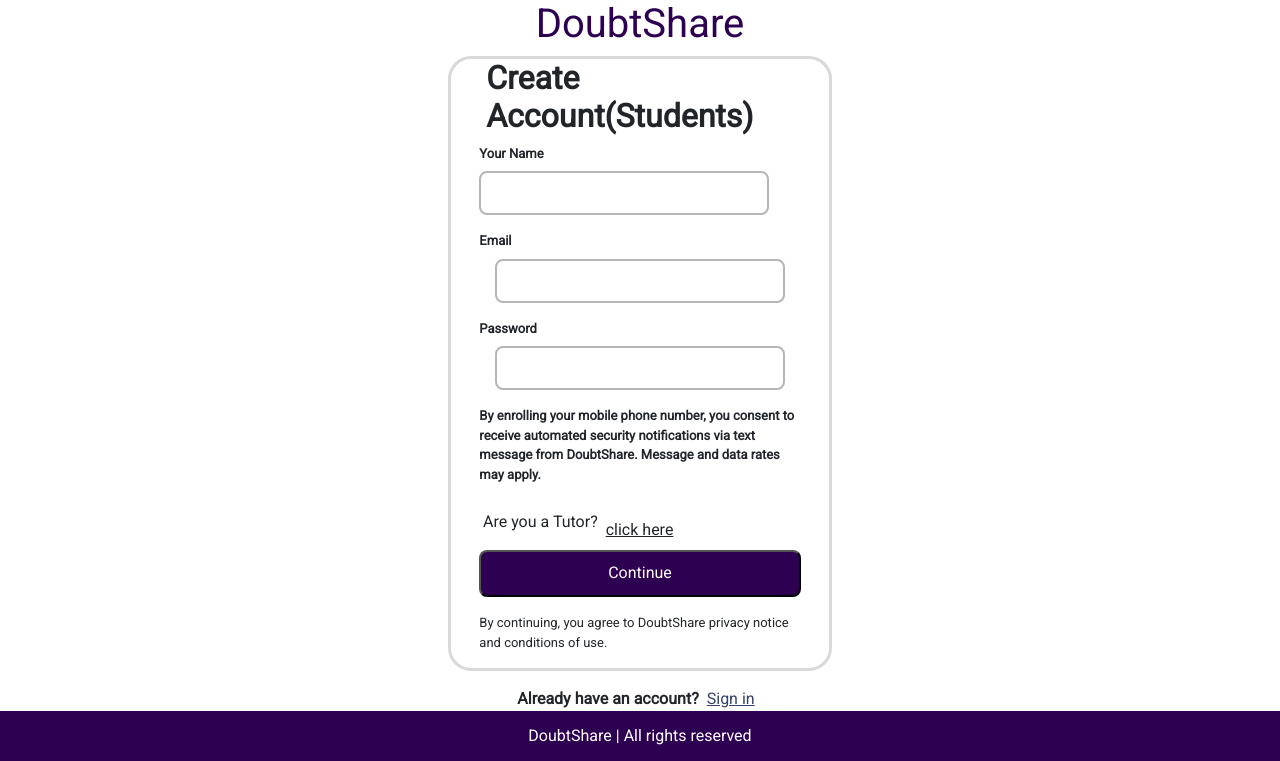
Repository: drumsmanku/doubtshare
Page: /register/student (app in frontend/)
These files come from the project's save history. The page is drawn as it stood at one moment and after the next save; the edit follows.
The browser window is 1280 px wide. The pictures show the whole page.
The project was rebuilt for these pictures with package versions that can differ from the ones it lists, and the page was loaded fresh each time. Also part of the build but not shown: frontend/src/App.css, frontend/src/Components/Dashboard/Sidebar.js, frontend/src/Components/Dashboard/Profile.js, frontend/src/Components/CreateDoubtForm/CreateDoubtForm.js, frontend/src/Components/Dashboard/Dashboard.js, frontend/src/Components/Login/Login.js, frontend/src/Components/LoginTutor/LoginTutor.js, frontend/src/Components/RegisterTutor/RegisterTutor.js and 1 more.

Above is the page before, as saved 2023-12-30 20:53:44.

### frontend/src/App.js
import './App.css';
import { BrowserRouter as Router, Route, Routes} from 'react-router-dom';
import 'bootstrap/dist/css/bootstrap.min.css';
import Register from './Components/Register/Register';
import Dashboard from './Components/Dashboard/Dashboard';
import Login from './Components/Login/Login';
import LoginTutor from './Components/LoginTutor/LoginTutor';
import RegisterTutor from './Components/RegisterTutor/RegisterTutor';
import DashboardTutor from './Components/DashboardTutor/DashboardTutor';

function App() {
  return (
    <div className="App">
      <Router>
        <Routes>
          <Route path='/' element={<Dashboard/>}/>
          <Route path='/tutor' element={<DashboardTutor/>}/>
          <Route path='/register/student' element={<Register/>}/>
          <Route path='/login/student' element={<Login/>}/>
          <Route path='/login/tutor' element={<LoginTutor/>}/>
          <Route path='/register/tutor' element={<RegisterTutor/>}/>
        </Routes>
      </Router>
    </div>
  );
}

export default App;

### frontend/src/Components/Register/Register.js
import React, {useState, useEffect} from 'react';
import { useNavigate } from 'react-router-dom';
import axios from 'axios';
import styles from './Register.module.css';



const DivStyles={
  display: 'flex',
  flexDirection: 'column',
  marginBottom: '1rem',
  alignItems: 'flex-start',
  width: '85%',
}
const InputStyles={
  width: '90%',
  padding:'0.5rem 0.5rem 0.5rem 0.5rem',
  borderRadius: '8px',
  border:'2px solid #B6B6B6',
  marginTop: '0.5rem',
}
function Register() {
  const navigate=useNavigate();
  const [error, setError]=useState('')
  const [user, setUser] = useState({
    name: '',
    email: '',
    password: ''
  });
  const handleChange = e => {
    setUser({
      ...user,
      [e.target.name]: e.target.value
    });
  };
  const signup = (event) => {
    event.preventDefault();
    axios.post('http://localhost:4000/register/student', user)
      .then(res => {
        localStorage.setItem('token', res.data.token);
        localStorage.setItem('user', res.data.name);
        const tokenData=localStorage.getItem('token')
        if(tokenData!=='undefined') {
          navigate('/')
        }
        else{
          setError(res.data.message)
        }

      })
      .catch(err => console.log(err));
  };
  return (
    <div className={styles.container}>
      <div className={styles.heading}>

        <h1 style={{fontWeight:'500'}}>DoubtShare</h1>
      </div>
      <h1 className={styles.welcomeText} >Welcome</h1>
      <form className={styles.form}>

        <div className={styles.inputContainer}>
          <h2 style={{alignSelf:'start', paddingLeft:'2.2rem', fontWeight:600}}>Create Account(Students)</h2>
          <div style={DivStyles}>
            <label htmlFor="name" style={{fontWeight:600, fontSize:'small' }}>Your Name</label>
            <input type="text" name="name" value={user.name} onChange={handleChange} style={InputStyles}/>
          </div>


          <div style={DivStyles}>
            <label htmlFor="email" style={{fontWeight:600, fontSize:'small'}}>Email</label>
            <input type="email" name="email" value={user.email} onChange={handleChange} style={InputStyles}/>
          </div>


          <div style={DivStyles}>
            <label htmlFor="password" style={{fontWeight:600, fontSize:'small'}}>Password</label>
            <input type="password" name="password" value={user.password} onChange={handleChange} style={InputStyles} />
          </div>
        </div>
        <div style={{width:'100%', display:'flex', justifyContent:'center'}}>
          <p style={{width:'85%', textAlign:'left', fontWeight:600,fontSize:'small', marginTop:0}}>By enrolling your mobile phone number, you consent to receive automated security notifications via text message from DoubtShare. Message and data rates may apply.
          </p>
        </div>

        <span style={{color:'red', fontSize:'small', marginBottom:'0.6rem'}}>{error}</span>

        <div style={{width:'100%', display:'flex', alignItems:'center', paddingLeft:'2rem'}}>
             <p>Are you a Tutor?</p>
             <u style={{ cursor:'pointer', marginLeft:'0.5rem'}} onClick={()=>{navigate('/register/tutor')}}>click here</u>
        </div>

        <div style={{width:'100%', display:'flex', justifyContent:'center'}}>
          <button className={styles.buttonStyles} type="submit" style={{ cursor:'pointer'}} onClick={signup}>Continue</button>
        </div>

        <div style={{width:'100%', display:'flex', justifyContent:'center', marginTop:'1rem'}}>
          <p style={{width:'85%', textAlign:'left',fontSize:'small',  marginTop:0}}>By continuing, you agree to DoubtShare privacy notice and conditions of use.
          </p>
        </div>

      </form>
      <span style={{fontWeight:'bold', marginTop:'1rem'}}>Already have an account?<button style={{background:'none', color:'#36416A', fontSize:'medium', marginLeft:0, padding:0, width:'4rem', cursor:'pointer', border:'none', textDecoration:'underline'}} onClick={()=>{navigate('/login/student')}}>Sign in</button></span>

      <footer style={{ backgroundColor:'#2E0052', width:'100%', padding:'0.8rem 0 0.8rem 0', color:'white', textAlign:'center'}}>
          DoubtShare | All rights reserved
      </footer>

    </div>
  )
}

export default Register

### frontend/src/Components/Register/Register.module.css
@import url('https://fonts.googleapis.com/css2?family=DM+Sans&family=Roboto&display=swap');

body{
  font-family: 'Roboto';
}

.container{
  height: 100vh;
  width: 100%;
  display: flex;
  flex-direction: column;

  align-items: center;
  justify-content: space-between;
}

.form{
  display: flex;
  flex-direction: column;
  border: 3px solid #D9D9D9;
  border-radius: 23.2px;
  width: 30%;

}
.inputContainer{
  display: flex;
  align-items: center;
  flex-direction: column;
}

.buttonStyles{
  width: 85%;
  background-color: #2E0052;
  border-radius: 8px;
  color: white;
  padding: 0.6rem 0 0.6rem 0;
  font-family: 'Roboto';
  font-weight: 500;
  font-size: medium;
}

.welcomeText{
  display: none;
}

.heading{
  display: flex;
  align-items: center;
  font-family: 'Roboto';
  color: #2E0052;
  font-weight: 500;
}
@media (max-width: 768px){
  .heading{
    background-color: #2E0052;
    width: 100%;
    height: 8%;
    display: flex;
    padding-left: 2rem;
    align-items: center;
    color: white;
    font-size: small;
    font-weight: 400;
  }
  .form{
    width: 80%;
  }
  .notLoggedInButton{
    width: 80%;
  }
  .wideLine{
    width: 5rem;
  }
  .newToMusic{
    margin:0 1.5rem 0 1rem;
  }
  hr {
    width: 4rem;
  }
  .welcomeText {
    display: block;
    font-weight: 500;
    width: 80%;
    text-align: start;
  }
  .inputContainer>h1{
    font-size: medium;
    font-weight: 500;
    padding-left: 1.5rem;
  }
  .alreadyCustomer{
    font-weight: 400;
    display: inline-block;
  }
  footer{
    margin-top: 1rem;
  }
}

### frontend/src/Components/Dashboard/Dashboard.module.css
@import url('https://fonts.googleapis.com/css2?family=DM+Sans&family=Roboto&display=swap');

body{
  font-family: 'Roboto';
}
.container{
  width: 100vw;
  height: 100vh;
  display: flex;
}

.navbar{
  width: 100%;
  background-color: #333;
  height: 7%;
}
.navBarContent{
  padding: 0.8rem 2rem 0.8rem 2rem ;
  display: flex;
  justify-content: space-between;
  color: white;
}
.logoutButton{
  background: none;
  border: none;
  outline: none ;
  color: white;
  font-size: medium;
  cursor: pointer;
  font-weight: 600;
}

.loginButton{
  background:none;
  color: white;
  font-size: medium;
  border: none;
  cursor: pointer;

}
.signupButton{
  background:none;
  color: white;
  font-size: medium;
  border: none;
  cursor: pointer;
}

.mainContent{
  display: flex;
  height: 100%;
  flex-direction: column;
  justify-content: center;

}

### frontend/src/Components/Login/Login.module.css
@import url('https://fonts.googleapis.com/css2?family=DM+Sans&family=Roboto&display=swap');

body{
  font-family: 'Roboto';
}

.container{
  height: 100vh;
  width: 100%;
  display: flex;
  flex-direction: column;
  justify-content: space-between;
  align-items: center;
}

.form{
  display: flex;
  flex-direction: column;
  border: 3px solid #D9D9D9;
  border-radius: 23.2px;
  width: 30%;

}
.inputContainer{
  display: flex;
  align-items: center;
  flex-direction: column;
}

.buttonStyles{
  width: 85%;
  background-color: #2E0052;
  border-radius: 8px;
  color: white;
  padding: 0.6rem 0 0.6rem 0;
  font-family: 'Roboto';
  font-weight: 500;
  font-size: medium;
}
.notLoggedInButton{
  width: 30%;
  background:none;
  border: 2px solid #BDBDBD;
  border-radius: 8px;
  color: black;
  padding: 0.6rem 0 0.6rem 0;
  font-family: 'Roboto';
  font-weight: 500;
  font-size: medium;
  margin-top: 2rem;
  cursor: pointer;
}
.heading{
  display: flex;
  align-items: center;
  font-family: 'Roboto';
  color: #2E0052;
  font-weight: 500;
}
.newToMusic{
  margin:0 1.5rem 0 1.5rem;
}
.wideLine {
  height: 2px;
  width: 9rem;
  background-color: #BDBDBD;
  border: none;
}

.welcomeText{
  display: none;
}
.signInText{
  align-self: flex-start;
  padding-left: 2.2rem;
  font-weight: 500;
}
.alreadyCustomer{

  display: none;
}

.mainBody{
  width: 100%;
  display: flex;
  flex-direction: column;
  align-items: center;
  margin-bottom: 4rem;
}

@media (max-width: 768px){
  .heading{
    background-color: #2E0052;
    width: 100%;
    height: 8%;
    display: flex;
    padding-left: 2rem;
    align-items: center;
    color: white;
    font-size: small;
    font-weight: 400;
  }
  .form{
    width: 80%;
  }
  .notLoggedInButton{
    width: 80%;
  }
  .wideLine{
    width: 5rem;
  }
  .newToMusic{
    margin:0 1.5rem 0 1rem;
  }
  .wideLine{
    width: 4rem;
  }
  .welcomeText {
    display: block;
    font-weight: 500;
    width: 80%;
    text-align: start;
  }
  .inputContainer>h1{
    font-size: medium;
    font-weight: 500;
    padding-left: 1.5rem;
  }
  .alreadyCustomer{
    font-weight: 400;
    display: inline-block;
  }
}

### frontend/src/Components/LoginTutor/LoginTutor.module.css
@import url('https://fonts.googleapis.com/css2?family=DM+Sans&family=Roboto&display=swap');

body{
  font-family: 'Roboto';
}

.container{
  height: 100vh;
  width: 100%;
  display: flex;
  flex-direction: column;
  justify-content: space-between;
  align-items: center;
}

.form{
  display: flex;
  flex-direction: column;
  border: 3px solid #D9D9D9;
  border-radius: 23.2px;
  width: 30%;

}
.inputContainer{
  display: flex;
  align-items: center;
  flex-direction: column;
}

.buttonStyles{
  width: 85%;
  background-color: #2E0052;
  border-radius: 8px;
  color: white;
  padding: 0.6rem 0 0.6rem 0;
  font-family: 'Roboto';
  font-weight: 500;
  font-size: medium;
}
.notLoggedInButton{
  width: 30%;
  background:none;
  border: 2px solid #BDBDBD;
  border-radius: 8px;
  color: black;
  padding: 0.6rem 0 0.6rem 0;
  font-family: 'Roboto';
  font-weight: 500;
  font-size: medium;
  margin-top: 2rem;
  cursor: pointer;
}
.heading{
  display: flex;
  align-items: center;
  font-family: 'Roboto';
  color: #2E0052;
  font-weight: 500;
}
.newToMusic{
  margin:0 1.5rem 0 1.5rem;
}
.wideLine {
  height: 2px;
  width: 9rem;
  background-color: #BDBDBD;
  border: none;
}

.welcomeText{
  display: none;
}
.signInText{
  align-self: flex-start;
  padding-left: 2.2rem;
  font-weight: 500;
}
.alreadyCustomer{

  display: none;
}

.mainBody{
  width: 100%;
  display: flex;
  flex-direction: column;
  align-items: center;
  margin-bottom: 4rem;
}

@media (max-width: 768px){
  .heading{
    background-color: #2E0052;
    width: 100%;
    height: 8%;
    display: flex;
    padding-left: 2rem;
    align-items: center;
    color: white;
    font-size: small;
    font-weight: 400;
  }
  .form{
    width: 80%;
  }
  .notLoggedInButton{
    width: 80%;
  }
  .wideLine{
    width: 5rem;
  }
  .newToMusic{
    margin:0 1.5rem 0 1rem;
  }
  .wideLine{
    width: 4rem;
  }
  .welcomeText {
    display: block;
    font-weight: 500;
    width: 80%;
    text-align: start;
  }
  .inputContainer>h1{
    font-size: medium;
    font-weight: 500;
    padding-left: 1.5rem;
  }
  .alreadyCustomer{
    font-weight: 400;
    display: inline-block;
  }
}

### frontend/src/Components/RegisterTutor/RegisterTutor.module.css
@import url('https://fonts.googleapis.com/css2?family=DM+Sans&family=Roboto&display=swap');

body{
  font-family: 'Roboto';
}

.container{
  height: 100vh;
  width: 100%;
  display: flex;
  flex-direction: column;

  align-items: center;
  justify-content: space-between;
}

.form{
  display: flex;
  flex-direction: column;
  border: 3px solid #D9D9D9;
  border-radius: 23.2px;
  width: 30%;

}
.inputContainer{
  display: flex;
  align-items: center;
  flex-direction: column;
}

.buttonStyles{
  width: 85%;
  background-color: #2E0052;
  border-radius: 8px;
  color: white;
  padding: 0.6rem 0 0.6rem 0;
  font-family: 'Roboto';
  font-weight: 500;
  font-size: medium;
}

.welcomeText{
  display: none;
}

.heading{
  display: flex;
  align-items: center;
  font-family: 'Roboto';
  color: #2E0052;
  font-weight: 500;
}
@media (max-width: 768px){
  .heading{
    background-color: #2E0052;
    width: 100%;
    height: 8%;
    display: flex;
    padding-left: 2rem;
    align-items: center;
    color: white;
    font-size: small;
    font-weight: 400;
  }
  .form{
    width: 80%;
  }
  .notLoggedInButton{
    width: 80%;
  }
  .wideLine{
    width: 5rem;
  }
  .newToMusic{
    margin:0 1.5rem 0 1rem;
  }
  hr {
    width: 4rem;
  }
  .welcomeText {
    display: block;
    font-weight: 500;
    width: 80%;
    text-align: start;
  }
  .inputContainer>h1{
    font-size: medium;
    font-weight: 500;
    padding-left: 1.5rem;
  }
  .alreadyCustomer{
    font-weight: 400;
    display: inline-block;
  }
  footer{
    margin-top: 1rem;
  }
}

### frontend/src/Components/CreateDoubtForm/CreateDoubtForm.module.css
.modalAdd {
  position: fixed;
  z-index: 1;
  left: 0;
  top: 0;
  width: 100%;
  height: 100%;
  background-color: rbga(0,0,0,0.4);
  background-color: rgb(0,0,0);
  background-color: rgba(0,0,0,0.6);
}

.modalAddContent {
  background-color: #fefefe;
  margin: 15% auto;
  width: 50%;
}


.modalAddBody{
  display: flex;
  justify-content: space-between;
}
.modalAddBodyLeft {
  display: flex;
  width: 55%;
  padding: 3rem 3rem 6rem 3rem;
  flex-direction: column;
  gap: 10px;
}
.modalAddBodyRight{
  display: flex;
  flex-direction: column;
  width: 40%;
  color: white;
  padding: 4rem 2rem;
  background-color: #36416A;
}

.modalAddBodyLeft form{
  width: 50%;
  display: flex;
  flex-direction: column;
  background-color: white;


  box-shadow: 0 0 17px #00000040;
  border-radius: 1.5rem;
}
.modalAddBodyLeft input[type='text'], [type='password'], [type='email']{
  border-bottom: 1px solid black;
  width: 80%;
  margin-left: 1rem;
  border-top: none;
  border-left: none;
  border-right: none;
  font-size: medium;
}
.close {
  color: #aaa;
  float: right;
  font-size: 28px;
  font-weight: bold;
}

.close:hover,
.close:focus {
  color: black;
  text-decoration: none;
  cursor: pointer;
}
.addPopupButton{
  padding-left: 1.7rem;
  padding-right: 1.7rem;
  color: white;
  height: 2rem;
  font-size: medium;
  border-radius: 1rem;
  border: none;
  background-color: #36416A;
  margin-top: 2rem;
}

Loaded but not shown: frontend/public/index.html (common file); frontend/src/index.js (common file); frontend/src/index.css (common file)

After the next save:
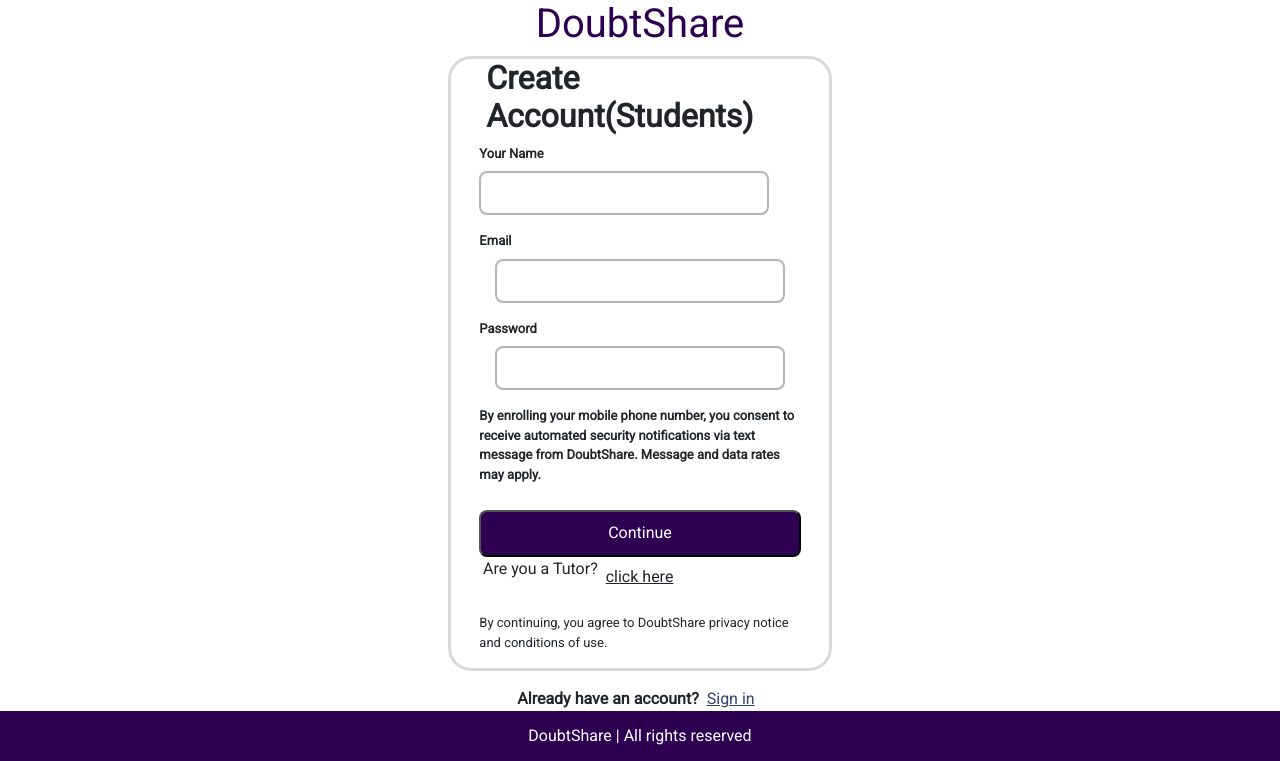
Saved 59 s later.
--- a/frontend/src/Components/Register/Register.js
+++ b/frontend/src/Components/Register/Register.js
@@ -85,13 +85,15 @@
 
         <span style={{color:'red', fontSize:'small', marginBottom:'0.6rem'}}>{error}</span>
 
+
+
+        <div style={{width:'100%', display:'flex', justifyContent:'center'}}>
+          <button className={styles.buttonStyles} type="submit" style={{ cursor:'pointer'}} onClick={signup}>Continue</button>
+        </div>
+
         <div style={{width:'100%', display:'flex', alignItems:'center', paddingLeft:'2rem'}}>
              <p>Are you a Tutor?</p>
              <u style={{ cursor:'pointer', marginLeft:'0.5rem'}} onClick={()=>{navigate('/register/tutor')}}>click here</u>
-        </div>
-
-        <div style={{width:'100%', display:'flex', justifyContent:'center'}}>
-          <button className={styles.buttonStyles} type="submit" style={{ cursor:'pointer'}} onClick={signup}>Continue</button>
         </div>
 
         <div style={{width:'100%', display:'flex', justifyContent:'center', marginTop:'1rem'}}>
